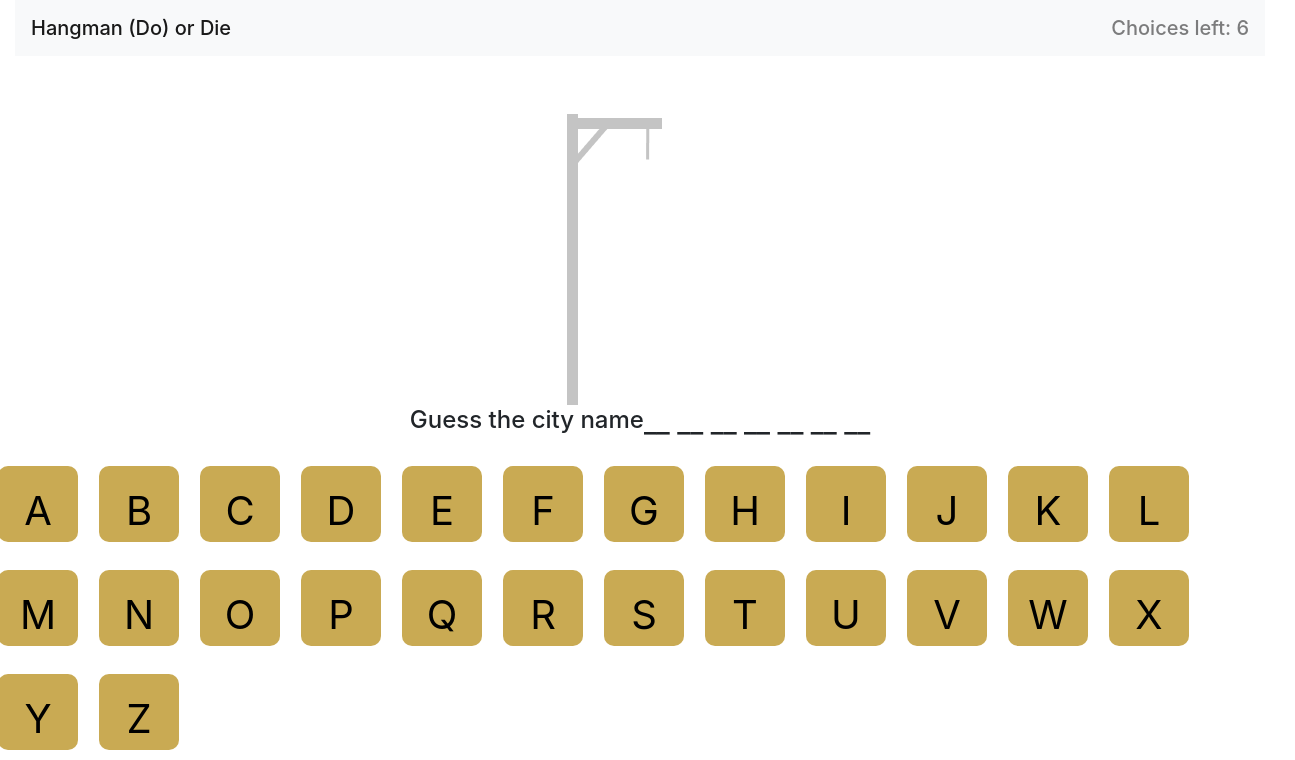
Repository: jatinhchanchlani/hangman
Page: /
These files come from the project's save history. The page is drawn as it stood at one moment and after the next save; the edit follows.
The browser window is 1280 px wide. The page is 1295 px wide, so the pictures cover 1295 px, including what lies to the right of the window. The pictures show the whole page.
The project was rebuilt for these pictures with package versions that can differ from the ones it lists, and the page was loaded fresh each time. Also part of the build but not shown: src/App.css, src/components/reset.jsx.

Above is the page before, as saved 2020-10-25 12:42:52.

After the next save:
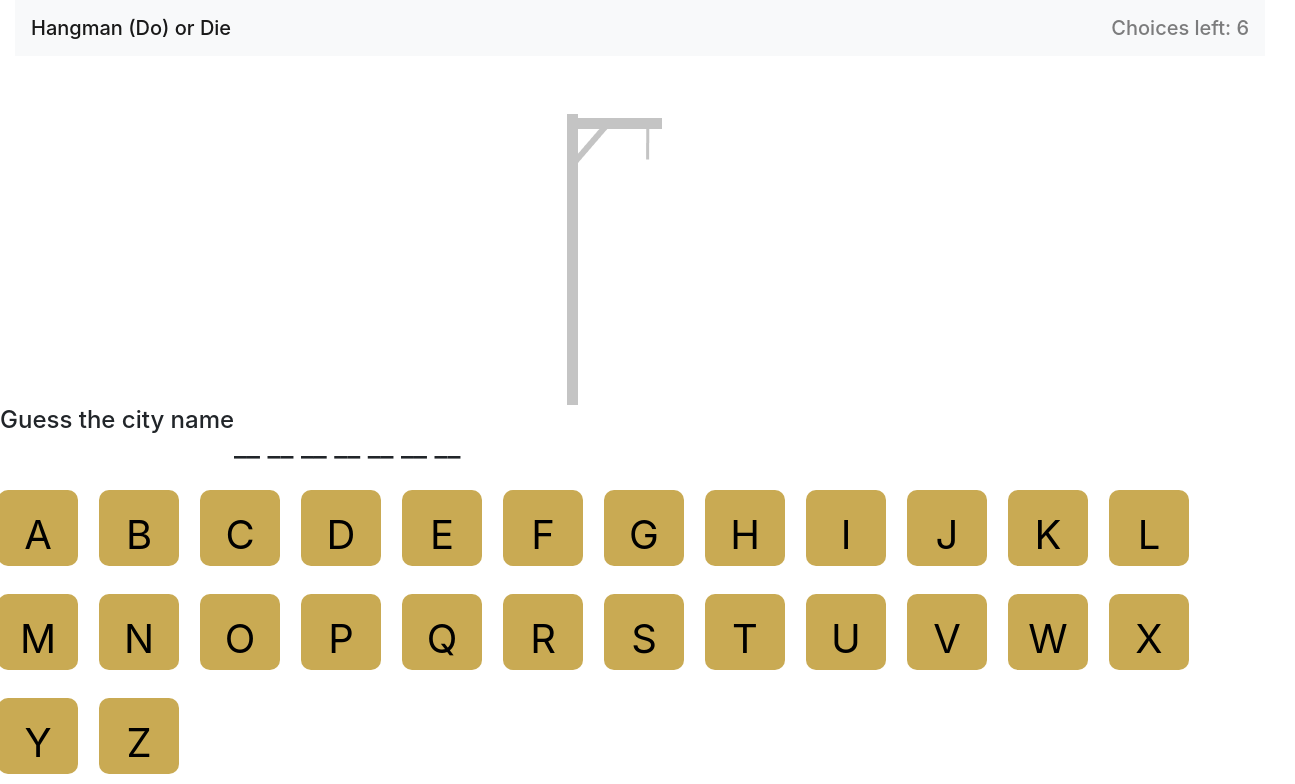
Saved 38 s later.
--- a/src/components/game.jsx
+++ b/src/components/game.jsx
@@ -30,9 +30,11 @@
 
         <div className="row d-flex justify-content-center"></div>
 
-        <div className="row d-flex justify-content-center">
+        <div className="row d-flex">
           <h4>Guess the city name </h4>
-          <CityLetters cityCharacters={this.state.cityCharacters} />
+          <div className="justify-content-center">
+            <CityLetters cityCharacters={this.state.cityCharacters} />
+          </div>
         </div>
 
         <div className="row d-flex justify-content-center">

After the save that followed:
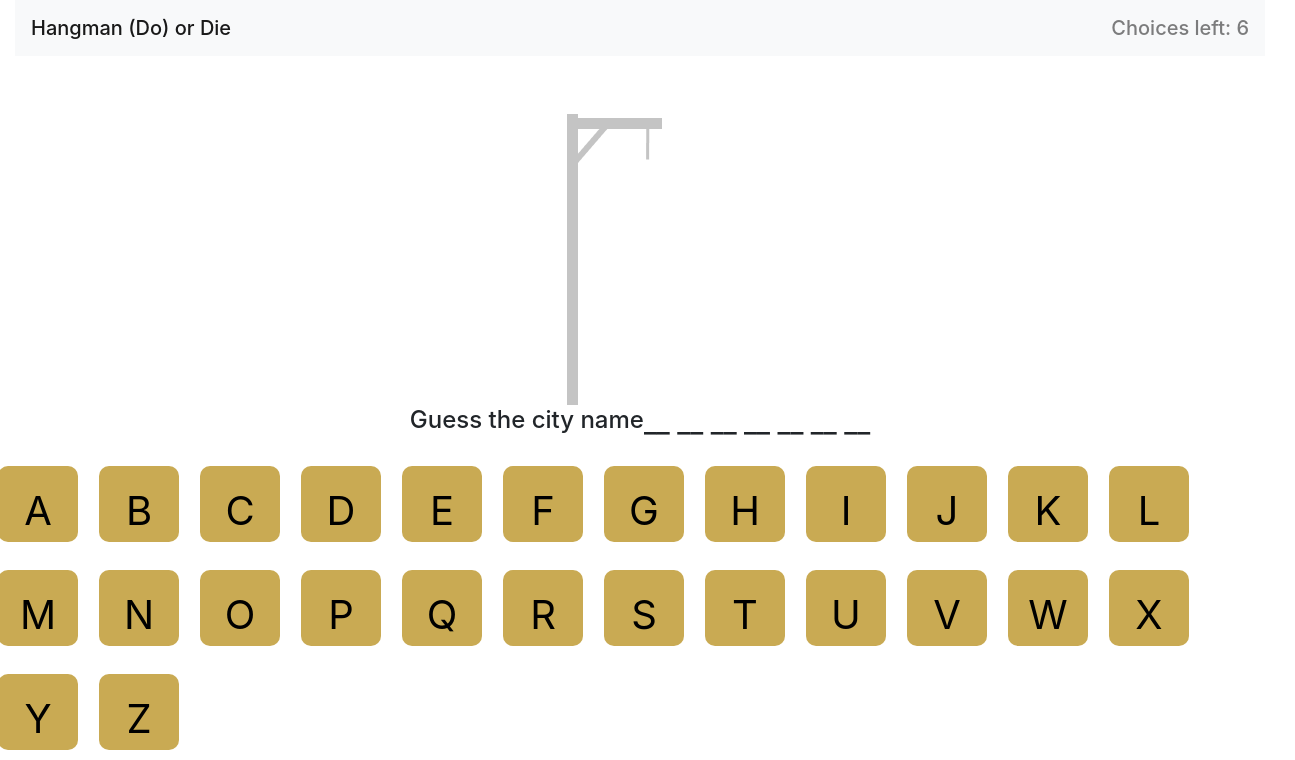
Saved 15 s later.
--- a/src/components/game.jsx
+++ b/src/components/game.jsx
@@ -30,11 +30,9 @@
 
         <div className="row d-flex justify-content-center"></div>
 
-        <div className="row d-flex">
+        <div className="row d-flex justify-content-center">
           <h4>Guess the city name </h4>
-          <div className="justify-content-center">
-            <CityLetters cityCharacters={this.state.cityCharacters} />
-          </div>
+          <CityLetters cityCharacters={this.state.cityCharacters} />
         </div>
 
         <div className="row d-flex justify-content-center">
